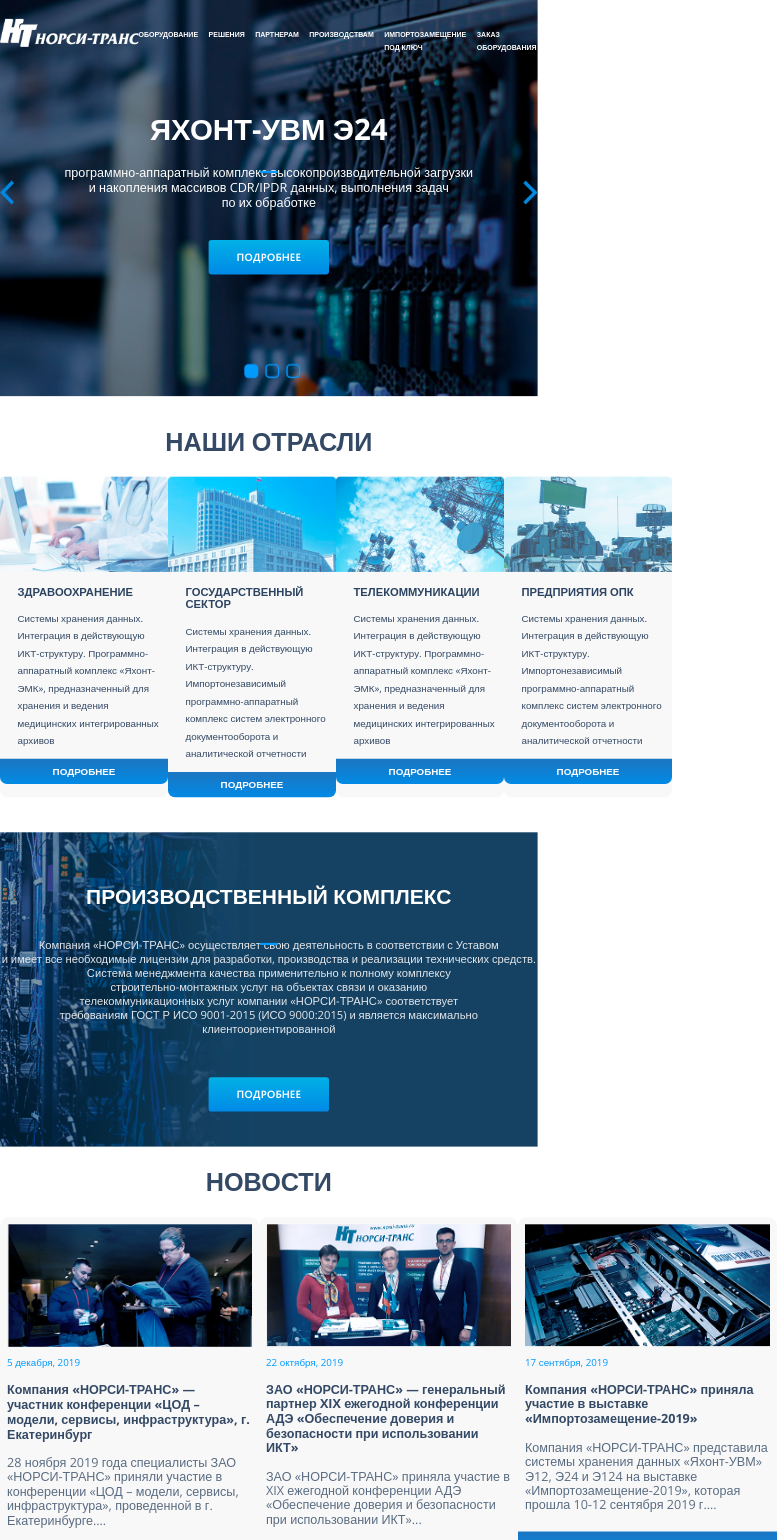
Repository: frostnn/testTaskBurbon
Page: app/index.html
The author's editor kept a copy of each file at every save. The page is drawn from the files as they stood at one save, then again after the next save.
The browser window is 768 px wide. The page is 1110 px wide, then 960 px, so the pictures cover 1110 px, including what lies to the right of the window. The pictures show the part of the page from y = 0 to 2200 px (the page is 3552 px tall before and 3416 px after), at 70% of full size.
The style sheet was rebuilt from its Sass, Less or Tailwind sources for each picture, by a compiler version that may differ from the author's.

Above is the page before, as saved 2020-07-16 11:51:21.

After the next save:
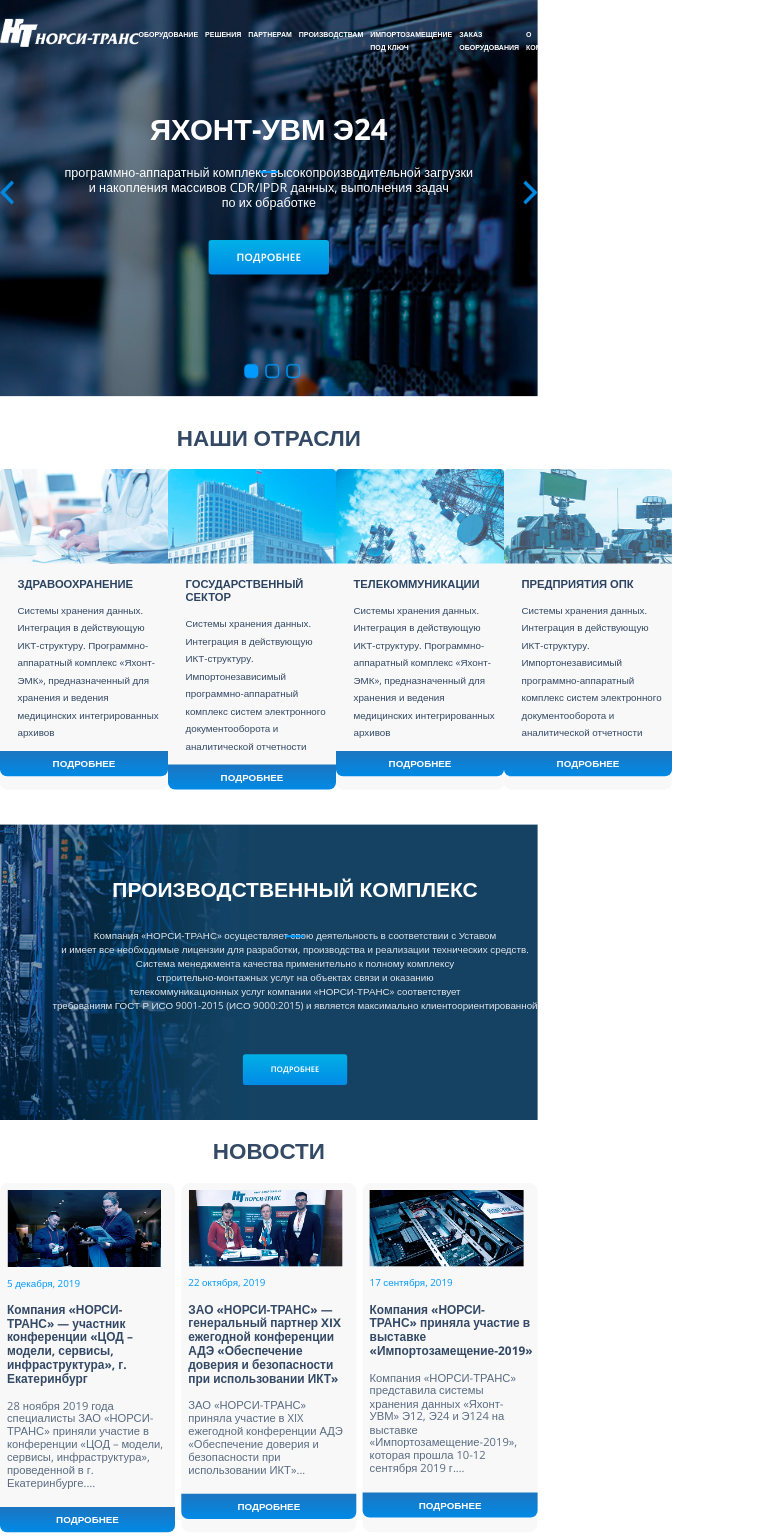
Saved 79 min 48 s later.
--- a/app/scss/_media.scss
+++ b/app/scss/_media.scss
@@ -242,7 +242,6 @@
   }
   .production-block {
     .production-block__text {
-
       font-size: 14px;
     }
     .production-block__link {
@@ -308,5 +307,120 @@
   }
 }
 @media (min-width: 768px) and (max-width: 991px) {
-
-}
+  .footer,
+  .news,
+  .industries,
+  .production-wrapper,
+  .program-wrapper,
+  .header,
+  .slider {
+    max-width: 1120px;
+  }
+  .slider-block__content-link .btn{
+    font-size: 14px;
+  }
+  .industries-block__content {
+    max-width: 240px;
+    .industries-block__content-img {
+      max-width: 240px;
+    }
+  }
+  .news-block__content {
+    max-width: 250px;
+    .news-block__content-img {
+      max-width: 240px;
+    }
+    .news-block__content-text {
+      font-size: 16px;
+    }
+    .news-block__content-title {
+      font-size: 17px;
+    }
+  }
+
+  .program-block {
+    width: 325px;
+    .program-block__text {
+      font-size: 14px;
+    }
+    .program-block__text {
+      font-size: 20px;
+    }
+  }
+  .program-title, .news-title, .industries-title {
+    font-size: 32px;
+  }
+  .header-nav__list {
+    .header-nav__list-item {
+      margin-right: 10px;
+    }
+    .header-nav__list-link {
+      font-size: 10px;
+    }
+  }
+  .production-block {
+    .production-block__text {
+      font-size: 14px;
+    }
+    .production-block__link {
+      margin-bottom: 50px;
+      font-size: 12px;
+    }
+  }
+  .program-block .program-block__btn-btn {
+    padding: 13px 14px;
+    font-size: 14px;
+  }
+  .program-block .program-block__btn-link {
+    padding: 12px 14px;
+  }
+  .program-block .program-block__title {
+    font-size: 22px;
+    text-align: center;
+  }
+  .program-block .program-block__text {
+    font-size: 16px;
+  }
+.program-block:nth-child(1) {
+  .program-block__btn {
+    margin-top: 20px;
+  }
+  .program-block__title {
+    &::before {
+      top: -4px;
+    }
+  }
+
+}
+.program-block:nth-child(2) {
+  .program-block__btn {
+    margin-top: 31px;
+  }
+  .program-block__title {
+    &::before {
+      top: -98px;
+    }
+  }
+}
+.program-block:nth-child(3) {
+  .program-block__title {
+    &::before {
+      top: -76px;
+    }
+  }
+}
+.footer-nav {
+  .equipment-block__list-title,
+  .decisions-block__list-title,
+  .partners-block__list-title,
+  .productions-block__list-title,
+  .import-block__list-title,
+  .equipment-block__list-title,
+  .nav-block__list-title {
+    font-size: 10px;
+  }
+    a {
+      font-size: 10px;
+    }
+  }
+}
